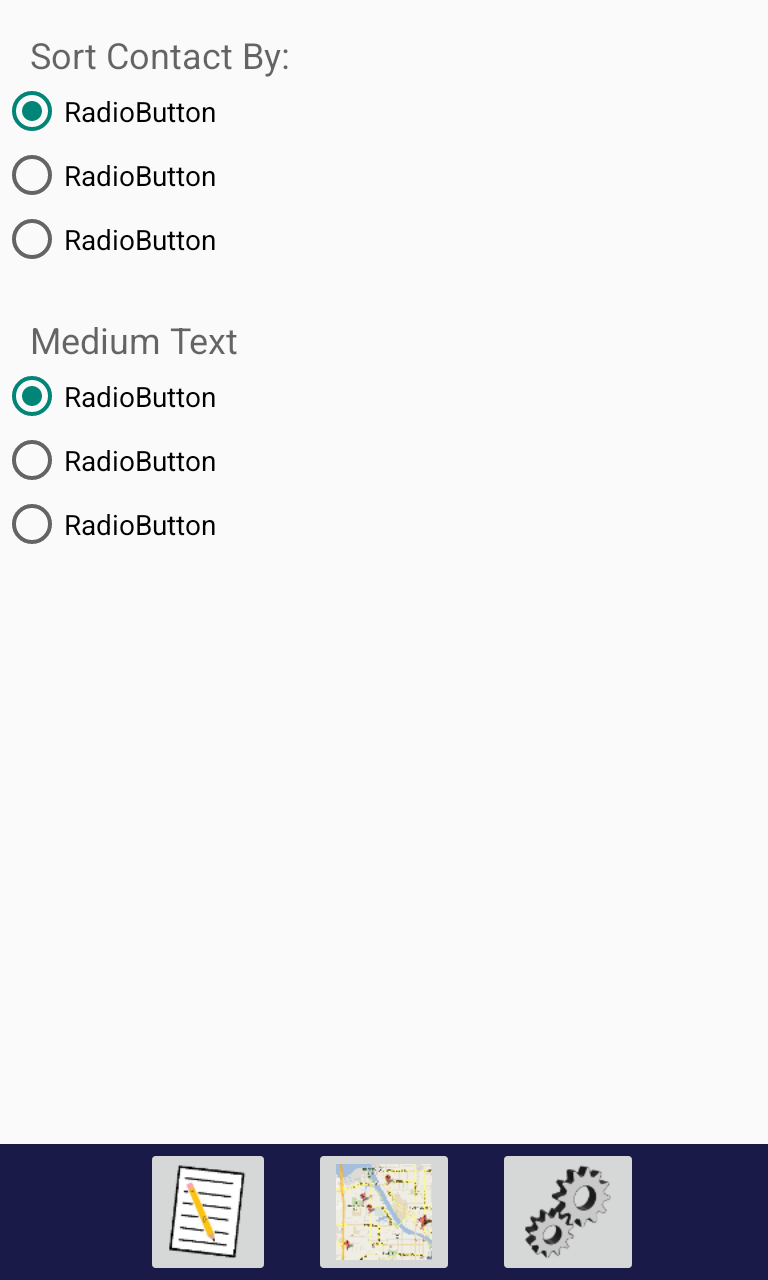
Repository: MobileApps-Cascadia/JenniferBronson_ExercisesChapter5
Layout: MyContactList/res/layout/activity_contact_settings.xml
The author's editor kept a copy of each file at every save. The layout is drawn from the files as they stood at one save, then again after a run of saves.
It is drawn on a 768 x 1280 px phone screen (xhdpi) without system bars, with theme AppTheme; the app's code is not run.

Above is the layout before, as saved 2014-05-03 01:28:13.

### MyContactList/res/layout/activity_contact_settings.xml
<RelativeLayout xmlns:tools="http://schemas.android.com/tools"
    xmlns:android="http://schemas.android.com/apk/res/android"
    xmlns:android1="http://schemas.android.com/apk/res/android"
    android:layout_width="match_parent"
    android:layout_height="match_parent"
    tools:context=".ContactActivity" >

    <RelativeLayout
        android:id="@+id/navbar"
        android:layout_width="fill_parent"
        android:layout_height="wrap_content"
        android:layout_alignParentBottom="true"
        android:background="@color/navbar_background" >

        <ImageButton
            android:id="@+id/imageButtonList"
            android:layout_width="wrap_content"
            android:layout_height="wrap_content"
            android:layout_centerVertical="true"
            android:layout_marginRight="20dp"
            android:layout_toLeftOf="@+id/imageButtonMap"
            android:src="@drawable/contactlisticon" />

        <ImageButton
            android:id="@+id/imageButtonMap"
            android:layout_width="wrap_content"
            android:layout_height="wrap_content"
            android:layout_centerHorizontal="true"
            android:layout_centerVertical="true"
            android:layout_toRightOf="@+id/imageButton1"
            android:src="@drawable/mapicon" />

        <ImageButton
            android:id="@+id/imageButtonSettings"
            android:layout_width="wrap_content"
            android:layout_height="wrap_content"
            android:layout_centerVertical="true"
            android:layout_marginLeft="20dp"
            android:layout_toRightOf="@+id/imageButtonMap"
            android:src="@drawable/settingsicon" />
    </RelativeLayout>

    <TextView
        android:id="@+id/textView1"
        android:layout_width="wrap_content"
        android:layout_height="wrap_content"
        android:layout_alignParentLeft="true"
        android:layout_alignParentTop="true"
        android:layout_marginLeft="15dp"
        android:layout_marginTop="15dp"
        android:text="Sort Contact By:"
        android:textAppearance="?android:attr/textAppearanceMedium" />

    <RadioGroup
        android1:id="@+id/radioGroup2"
        android1:layout_width="wrap_content"
        android1:layout_height="wrap_content"
        android1:layout_alignParentLeft="true"
        android1:layout_below="@+id/textView1" >

        <RadioButton
            android1:id="@+id/radio0"
            android1:layout_width="wrap_content"
            android1:layout_height="wrap_content"
            android1:checked="true"
            android1:text="RadioButton" />

        <RadioButton
            android1:id="@+id/radio1"
            android1:layout_width="wrap_content"
            android1:layout_height="wrap_content"
            android1:text="RadioButton" />

        <RadioButton
            android1:id="@+id/radio2"
            android1:layout_width="wrap_content"
            android1:layout_height="wrap_content"
            android1:text="RadioButton" />
    </RadioGroup>

    <TextView
        android1:id="@+id/textView2"
        android1:layout_width="wrap_content"
        android1:layout_height="wrap_content"
        android1:layout_alignLeft="@+id/textView1"
        android1:layout_below="@+id/radioGroup2"
        android1:layout_marginTop="22dp"
        android1:text="Medium Text"
        android1:textAppearance="?android:attr/textAppearanceMedium" />



    <RadioGroup
        android1:id="@+id/radioGroup4"
        android1:layout_width="wrap_content"
        android1:layout_height="wrap_content"
        android1:layout_alignParentLeft="true"
        android1:layout_below="@+id/textView2" >

        <RadioButton
            android1:id="@+id/radio0"
            android1:layout_width="wrap_content"
            android1:layout_height="wrap_content"
            android1:checked="true"
            android1:text="RadioButton" />

        <RadioButton
            android1:id="@+id/radio1"
            android1:layout_width="wrap_content"
            android1:layout_height="wrap_content"
            android1:text="RadioButton" />

        <RadioButton
            android1:id="@+id/radio2"
            android1:layout_width="wrap_content"
            android1:layout_height="wrap_content"
            android1:text="RadioButton" />
    </RadioGroup>

</RelativeLayout>

### MyContactList/res/values/color.xml
<?xml version="1.0" encoding="utf-8"?>
<resources>
    <color name="navbar_background">#1a1a48</color>
    <color name="toolbar_background">#bebebe</color>
    <color name="dataEntry_background">#a8a8e0</color>

</resources>

Loaded but not shown: MyContactList/res/values/styles.xml (common file); MyContactList/res/values-v11/styles.xml (common file); MyContactList/res/values-v14/styles.xml (common file)

After the next 2 saves:
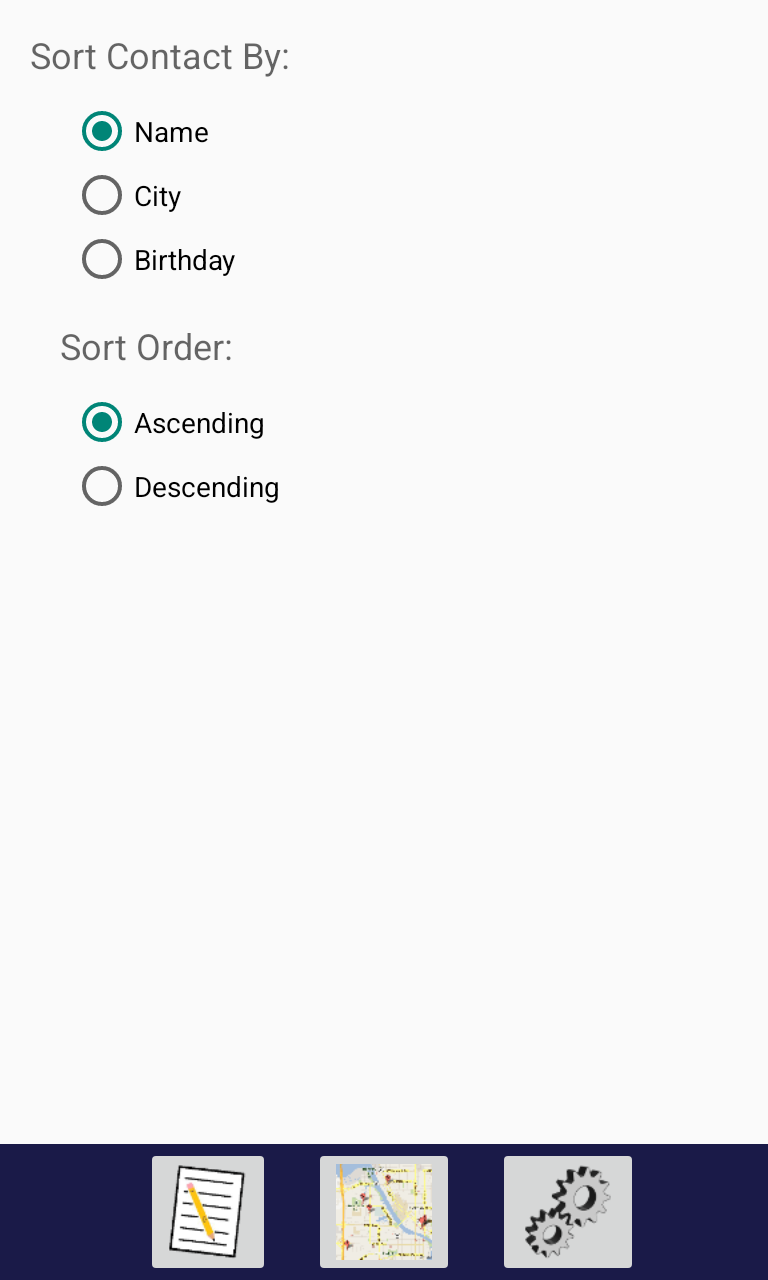
The 2 saves are shown as one change because 1 did not build or start.
The last was saved 100 min 49 s later.
--- a/MyContactList/res/layout/activity_contact_settings.xml
+++ b/MyContactList/res/layout/activity_contact_settings.xml
@@ -52,69 +52,70 @@
         android:textAppearance="?android:attr/textAppearanceMedium" />
 
     <RadioGroup
-        android1:id="@+id/radioGroup2"
-        android1:layout_width="wrap_content"
-        android1:layout_height="wrap_content"
-        android1:layout_alignParentLeft="true"
-        android1:layout_below="@+id/textView1" >
+        android:id="@+id/radioGroup2"
+        android:layout_width="wrap_content"
+        android:layout_height="wrap_content"
+        android:layout_alignParentLeft="true"
+        android:layout_marginLeft="35dp"
+        android:layout_marginTop="10dp"
+        android:layout_below="@+id/textView1" >
 
         <RadioButton
-            android1:id="@+id/radio0"
-            android1:layout_width="wrap_content"
-            android1:layout_height="wrap_content"
-            android1:checked="true"
-            android1:text="RadioButton" />
+            android:id="@+id/radioName"
+            android:layout_width="wrap_content"
+            android:layout_height="wrap_content"
+            android:checked="true"
+            android:text="Name" />
 
         <RadioButton
-            android1:id="@+id/radio1"
-            android1:layout_width="wrap_content"
-            android1:layout_height="wrap_content"
-            android1:text="RadioButton" />
+            android:id="@+id/radioCity"
+            android:layout_width="wrap_content"
+            android:layout_height="wrap_content"
+            android:text="City" />
 
         <RadioButton
-            android1:id="@+id/radio2"
-            android1:layout_width="wrap_content"
-            android1:layout_height="wrap_content"
-            android1:text="RadioButton" />
+            android:id="@+id/radioBirthday"
+            android:layout_width="wrap_content"
+            android:layout_height="wrap_content"
+            android:text="Birthday" />
     </RadioGroup>
 
     <TextView
-        android1:id="@+id/textView2"
-        android1:layout_width="wrap_content"
-        android1:layout_height="wrap_content"
-        android1:layout_alignLeft="@+id/textView1"
-        android1:layout_below="@+id/radioGroup2"
-        android1:layout_marginTop="22dp"
-        android1:text="Medium Text"
-        android1:textAppearance="?android:attr/textAppearanceMedium" />
+        android:id="@+id/textView2"
+        android:layout_width="wrap_content"
+        android:layout_height="wrap_content"
+        android:layout_alignLeft="@+id/textView1"
+        android:layout_below="@+id/radioGroup2"
+        android:layout_marginLeft="15dp"
+        android:layout_marginTop="15dp"
+        android:text="Sort Order:"
+        android:textAppearance="?android:attr/textAppearanceMedium" />
 
 
 
     <RadioGroup
-        android1:id="@+id/radioGroup4"
-        android1:layout_width="wrap_content"
-        android1:layout_height="wrap_content"
-        android1:layout_alignParentLeft="true"
-        android1:layout_below="@+id/textView2" >
+        android:id="@+id/radioGroup4"
+        android:layout_marginLeft="35dp"
+        android:layout_marginTop="10dp"
+        android:layout_width="wrap_content"
+        android:layout_height="wrap_content"
+        android:layout_alignParentLeft="true"
+        android:layout_below="@+id/textView2" >
 
         <RadioButton
-            android1:id="@+id/radio0"
-            android1:layout_width="wrap_content"
-            android1:layout_height="wrap_content"
-            android1:checked="true"
-            android1:text="RadioButton" />
+            android:id="@+id/radioAscending"
+            android:layout_width="wrap_content"
+            android:layout_height="wrap_content"
+            android:checked="true"
+            android:text="Ascending" />
 
         <RadioButton
-            android1:id="@+id/radio1"
-            android1:layout_width="wrap_content"
-            android1:layout_height="wrap_content"
-            android1:text="RadioButton" />
+            android:id="@+id/radioDescending"
+            android:layout_width="wrap_content"
+            android:layout_height="wrap_content"
+            android:text="Descending" />
 
-        <RadioButton
-            android1:id="@+id/radio2"
-            android1:layout_width="wrap_content"
-            android1:layout_height="wrap_content"
-            android1:text="RadioButton" />
+
     </RadioGroup>
 
 </RelativeLayout>
